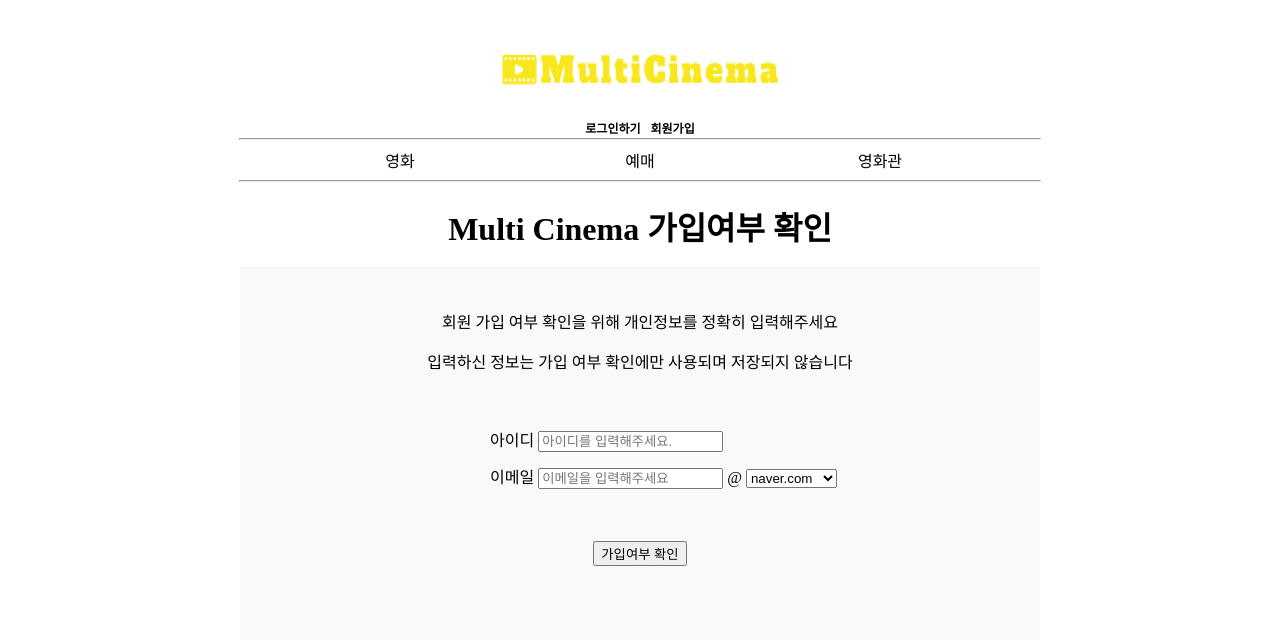
Repository: 23-MultiCampus-17-MiniProject/FrontEnd
Page: http://localhost/com.mc.multicinema/WEB-INF/views/member_check.jsp
An editor plug-in stored every save of this project. The page is shown before and after the next save, followed by the edit.
The browser window is 1280 px wide. The pictures show the whole page.
The page is served by Tomcat 9. Nobody is signed in. The template is opened directly, without the code that normally fills it, so the values that code supplies are empty.

Above is the page before, as saved 2023-12-06 16:08:59.

After the next save:
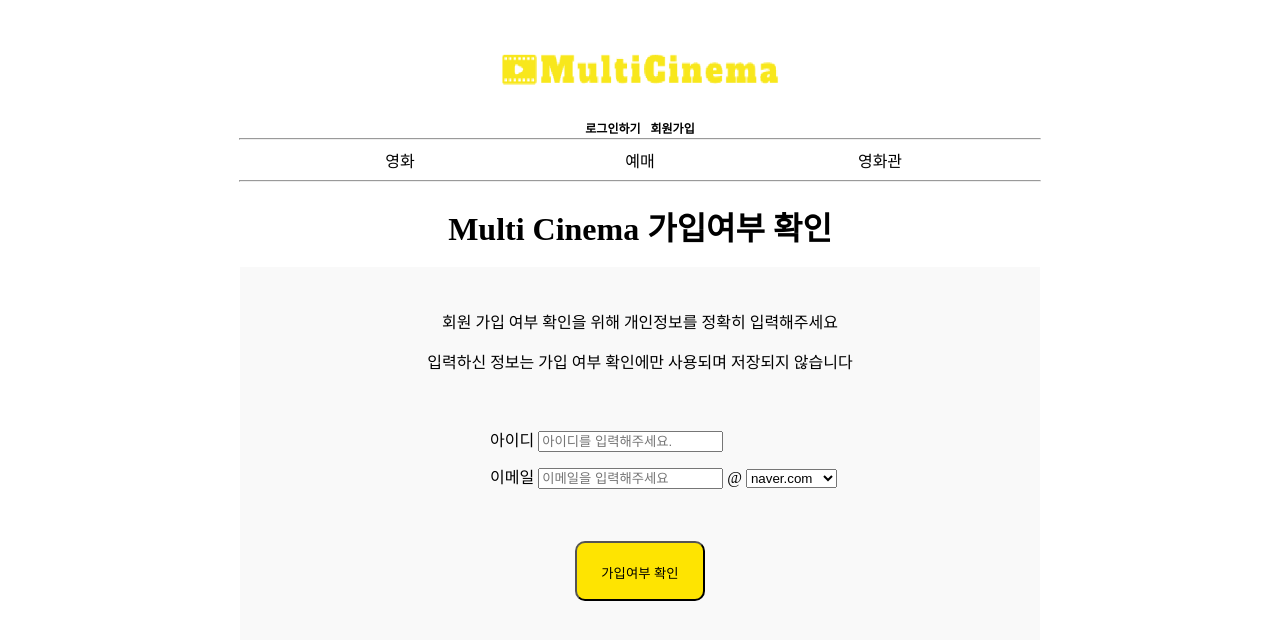
Saved 10 h 17 min later.
--- a/com.mc.multicinema/src/main/webapp/resources/css/join_confirm.css
+++ b/com.mc.multicinema/src/main/webapp/resources/css/join_confirm.css
@@ -44,7 +44,7 @@
 		color: black;
 
 	}
-	#btn_confirm > div{
+	#btn_confirm{
 
 		background-color: rgb(254, 228, 1);
 		border-radius: 10px;
